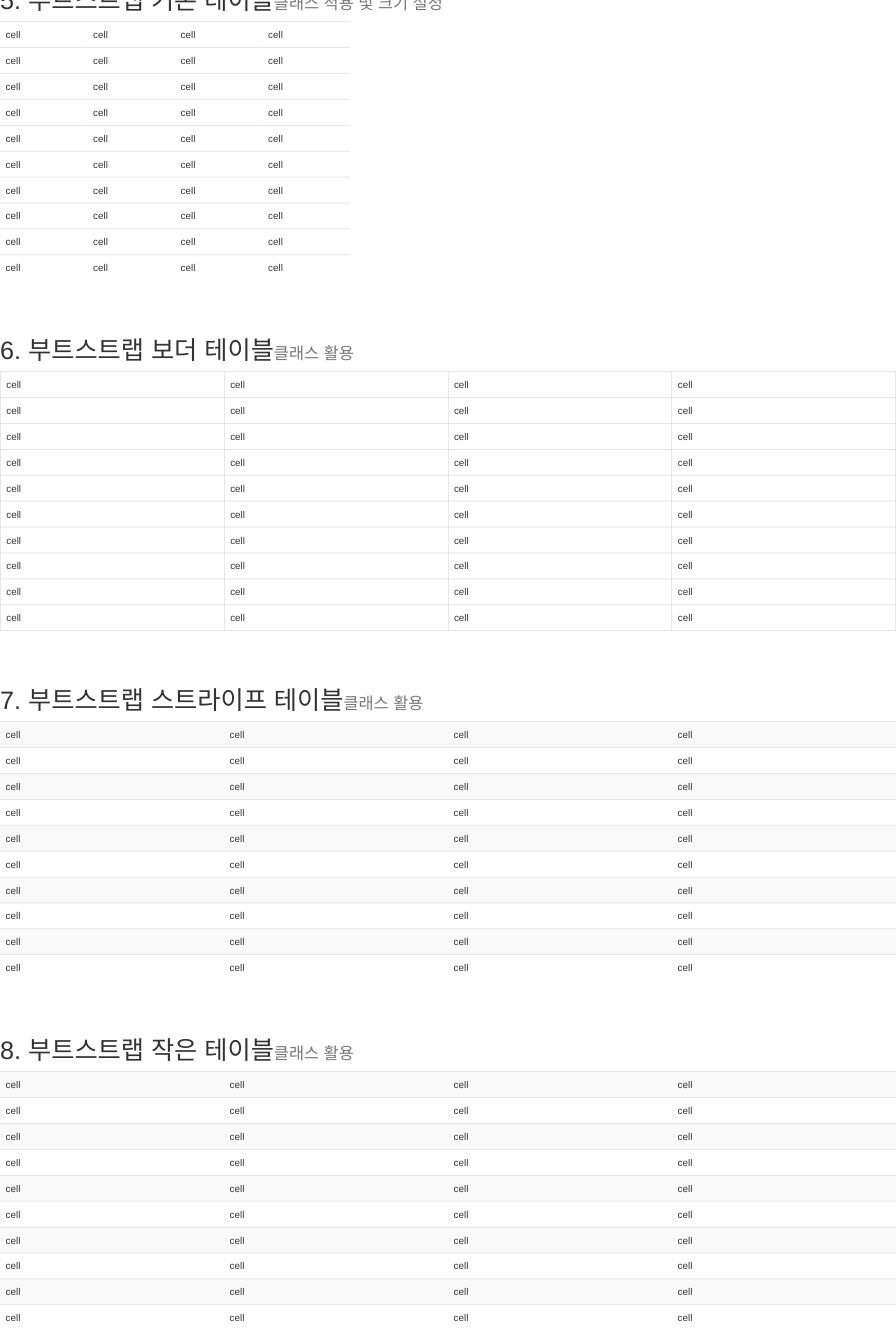
Repository: yhj4130/BootstrapStudy
Page: BootstrapWork/WebContent/BootEx02.html
An editor plug-in stored every save of this project. The page is shown before and after the next save, followed by the edit.
The browser window is 1280 px wide. The pictures show the part of the page from y = 1479 to 3399 px (the page is 3399 px tall before and 3339 px after), at 70% of full size.

Above is the page before, as saved 2019-06-12 02:01:51.

### BootstrapWork/WebContent/BootEx02.html
<!DOCTYPE html>
<html>
<head>
<meta charset="UTF-8">
<title>BootEx02.html</title>

<link rel="stylesheet" href="css/bootstrap.css">
<script type="text/javascript" src="js/jquery-3.4.1.min.js"></script>
<script type="text/javascript" src="js/bootstrap.min.js"></script>

<style type="text/css">
	/* 테이블 기본 서식 */
	#table
	{
		width: 500px;
		border: 1px solid black;
		border-collapse: collapse;
	}

	#table td
	{
		border: 1px solid black;
	}
</style>

</head>
<body>

<h1>1. 기본 테이블<small>기본</small></h1>

<!-- table>(tr>td{cell*4)*10 -->
<table>
	<tr>
		<td>cell</td>
		<td>cell</td>
		<td>cell</td>
		<td>cell</td>
	</tr>
	<tr>
		<td>cell</td>
		<td>cell</td>
		<td>cell</td>
		<td>cell</td>
	</tr>
	<tr>
		<td>cell</td>
		<td>cell</td>
		<td>cell</td>
		<td>cell</td>
	</tr>
	<tr>
		<td>cell</td>
		<td>cell</td>
		<td>cell</td>
		<td>cell</td>
	</tr>
	<tr>
		<td>cell</td>
		<td>cell</td>
		<td>cell</td>
		<td>cell</td>
	</tr>
	<tr>
		<td>cell</td>
		<td>cell</td>
		<td>cell</td>
		<td>cell</td>
	</tr>
	<tr>
		<td>cell</td>
		<td>cell</td>
		<td>cell</td>
		<td>cell</td>
	</tr>
	<tr>
		<td>cell</td>
		<td>cell</td>
		<td>cell</td>
		<td>cell</td>
	</tr>
	<tr>
		<td>cell</td>
		<td>cell</td>
		<td>cell</td>
		<td>cell</td>
	</tr>
	<tr>
		<td>cell</td>
		<td>cell</td>
		<td>cell</td>
		<td>cell</td>
	</tr>
</table>

<br><br>

<h1>2. 기본 테이블<small>기본</small></h1>

<table id="table">
	<tr>
		<td>cell</td>
		<td>cell</td>
		<td>cell</td>
		<td>cell</td>
	</tr>
	<tr>
		<td>cell</td>
		<td>cell</td>
		<td>cell</td>
		<td>cell</td>
	</tr>
	<tr>
		<td>cell</td>
		<td>cell</td>
		<td>cell</td>
		<td>cell</td>
	</tr>
	<tr>
		<td>cell</td>
		<td>cell</td>
		<td>cell</td>
		<td>cell</td>
	</tr>
	<tr>
		<td>cell</td>
		<td>cell</td>
		<td>cell</td>
		<td>cell</td>
	</tr>
	<tr>
		<td>cell</td>
		<td>cell</td>
		<td>cell</td>
		<td>cell</td>
	</tr>
	<tr>
		<td>cell</td>
		<td>cell</td>
		<td>cell</td>
		<td>cell</td>
	</tr>
	<tr>
		<td>cell</td>
		<td>cell</td>
		<td>cell</td>
		<td>cell</td>
	</tr>
	<tr>
		<td>cell</td>
		<td>cell</td>
		<td>cell</td>
		<td>cell</td>
	</tr>
	<tr>
		<td>cell</td>
		<td>cell</td>
		<td>cell</td>
		<td>cell</td>
	</tr>
</table>

<br><br>

<h1>3. 부트스트랩 기본 테이블<small>기본</small></h1>

<table>
	<tr>
		<td>cell</td>
		<td>cell</td>
		<td>cell</td>
		<td>cell</td>
	</tr>
	<tr>
		<td>cell</td>
		<td>cell</td>
		<td>cell</td>
		<td>cell</td>
	</tr>
	<tr>
		<td>cell</td>
		<td>cell</td>
		<td>cell</td>
		<td>cell</td>
	</tr>
	<tr>
		<td>cell</td>
		<td>cell</td>
		<td>cell</td>
		<td>cell</td>
	</tr>
	<tr>
		<td>cell</td>
		<td>cell</td>
		<td>cell</td>
		<td>cell</td>
	</tr>
	<tr>
		<td>cell</td>
		<td>cell</td>
		<td>cell</td>
		<td>cell</td>
	</tr>
	<tr>
		<td>cell</td>
		<td>cell</td>
		<td>cell</td>
		<td>cell</td>
	</tr>
	<tr>
		<td>cell</td>
		<td>cell</td>
		<td>cell</td>
		<td>cell</td>
	</tr>
	<tr>
		<td>cell</td>
		<td>cell</td>
		<td>cell</td>
		<td>cell</td>
	</tr>
	<tr>
		<td>cell</td>
		<td>cell</td>
		<td>cell</td>
		<td>cell</td>
	</tr>
</table>

<br><br>

<h1>4. 부트스트랩 기본 테이블<small>기본</small></h1>

<table class="table">
	<tr>
		<td>cell</td>
		<td>cell</td>
		<td>cell</td>
		<td>cell</td>
	</tr>
	<tr>
		<td>cell</td>
		<td>cell</td>
		<td>cell</td>
		<td>cell</td>
	</tr>
	<tr>
		<td>cell</td>
		<td>cell</td>
		<td>cell</td>
		<td>cell</td>
	</tr>
	<tr>
		<td>cell</td>
		<td>cell</td>
		<td>cell</td>
		<td>cell</td>
	</tr>
	<tr>
		<td>cell</td>
		<td>cell</td>
		<td>cell</td>
		<td>cell</td>
	</tr>
	<tr>
		<td>cell</td>
		<td>cell</td>
		<td>cell</td>
		<td>cell</td>
	</tr>
	<tr>
		<td>cell</td>
		<td>cell</td>
		<td>cell</td>
		<td>cell</td>
	</tr>
	<tr>
		<td>cell</td>
		<td>cell</td>
		<td>cell</td>
		<td>cell</td>
	</tr>
	<tr>
		<td>cell</td>
		<td>cell</td>
		<td>cell</td>
		<td>cell</td>
	</tr>
	<tr>
		<td>cell</td>
		<td>cell</td>
		<td>cell</td>
		<td>cell</td>
	</tr>
</table>

<br><br>

<h1>5. 부트스트랩 기본 테이블<small>클래스 적용 및 크기 설정</small></h1>

<table class="table" style="width: 500px;">
	<tr>
		<td>cell</td>
		<td>cell</td>
		<td>cell</td>
		<td>cell</td>
	</tr>
	<tr>
		<td>cell</td>
		<td>cell</td>
		<td>cell</td>
		<td>cell</td>
	</tr>
	<tr>
		<td>cell</td>
		<td>cell</td>
		<td>cell</td>
		<td>cell</td>
	</tr>
	<tr>
		<td>cell</td>
		<td>cell</td>
		<td>cell</td>
		<td>cell</td>
	</tr>
	<tr>
		<td>cell</td>
		<td>cell</td>
		<td>cell</td>
		<td>cell</td>
	</tr>
	<tr>
		<td>cell</td>
		<td>cell</td>
		<td>cell</td>
		<td>cell</td>
	</tr>
	<tr>
		<td>cell</td>
		<td>cell</td>
		<td>cell</td>
		<td>cell</td>
	</tr>
	<tr>
		<td>cell</td>
		<td>cell</td>
		<td>cell</td>
		<td>cell</td>
	</tr>
	<tr>
		<td>cell</td>
		<td>cell</td>
		<td>cell</td>
		<td>cell</td>
	</tr>
	<tr>
		<td>cell</td>
		<td>cell</td>
		<td>cell</td>
		<td>cell</td>
	</tr>
</table>

<br><br>

<h1>6. 부트스트랩 보더 테이블<small>클래스 활용</small></h1>

<table class="table table-bordered">
	<tr>
		<td>cell</td>
		<td>cell</td>
		<td>cell</td>
		<td>cell</td>
	</tr>
	<tr>
		<td>cell</td>
		<td>cell</td>
		<td>cell</td>
		<td>cell</td>
	</tr>
	<tr>
		<td>cell</td>
		<td>cell</td>
		<td>cell</td>
		<td>cell</td>
	</tr>
	<tr>
		<td>cell</td>
		<td>cell</td>
		<td>cell</td>
		<td>cell</td>
	</tr>
	<tr>
		<td>cell</td>
		<td>cell</td>
		<td>cell</td>
		<td>cell</td>
	</tr>
	<tr>
		<td>cell</td>
		<td>cell</td>
		<td>cell</td>
		<td>cell</td>
	</tr>
	<tr>
		<td>cell</td>
		<td>cell</td>
		<td>cell</td>
		<td>cell</td>
	</tr>
	<tr>
		<td>cell</td>
		<td>cell</td>
		<td>cell</td>
		<td>cell</td>
	</tr>
	<tr>
		<td>cell</td>
		<td>cell</td>
		<td>cell</td>
		<td>cell</td>
	</tr>
	<tr>
		<td>cell</td>
		<td>cell</td>
		<td>cell</td>
		<td>cell</td>
	</tr>
</table>

<br><br>

<h1>7. 부트스트랩 스트라이프 테이블<small>클래스 활용</small></h1>

<table class="table table-striped">
	<tr>
		<td>cell</td>
		<td>cell</td>
		<td>cell</td>
		<td>cell</td>
	</tr>
	<tr>
		<td>cell</td>
		<td>cell</td>
		<td>cell</td>
		<td>cell</td>
	</tr>
	<tr>
		<td>cell</td>
		<td>cell</td>
		<td>cell</td>
		<td>cell</td>
	</tr>
	<tr>
		<td>cell</td>
		<td>cell</td>
		<td>cell</td>
		<td>cell</td>
	</tr>
	<tr>
		<td>cell</td>
		<td>cell</td>
		<td>cell</td>
		<td>cell</td>
	</tr>
	<tr>
		<td>cell</td>
		<td>cell</td>
		<td>cell</td>
		<td>cell</td>
	</tr>
	<tr>
		<td>cell</td>
		<td>cell</td>
		<td>cell</td>
		<td>cell</td>
	</tr>
	<tr>
		<td>cell</td>
		<td>cell</td>
		<td>cell</td>
		<td>cell</td>
	</tr>
	<tr>
		<td>cell</td>
		<td>cell</td>
		<td>cell</td>
		<td>cell</td>
	</tr>
	<tr>
		<td>cell</td>
		<td>cell</td>
		<td>cell</td>
		<td>cell</td>
	</tr>
</table>

<br><br>

<h1>8. 부트스트랩 작은 테이블<small>클래스 활용</small></h1>

<table class="table table-striped">
	<tr>
		<td>cell</td>
		<td>cell</td>
		<td>cell</td>
		<td>cell</td>
	</tr>
	<tr>
		<td>cell</td>
		<td>cell</td>
		<td>cell</td>
		<td>cell</td>
	</tr>
	<tr>
		<td>cell</td>
		<td>cell</td>
		<td>cell</td>
		<td>cell</td>
	</tr>
	<tr>
		<td>cell</td>
		<td>cell</td>
		<td>cell</td>
		<td>cell</td>
	</tr>
	<tr>
		<td>cell</td>
		<td>cell</td>
		<td>cell</td>
		<td>cell</td>
	</tr>
	<tr>
		<td>cell</td>
		<td>cell</td>
		<td>cell</td>
		<td>cell</td>
	</tr>
	<tr>
		<td>cell</td>
		<td>cell</td>
		<td>cell</td>
		<td>cell</td>
	</tr>
	<tr>
		<td>cell</td>
		<td>cell</td>
		<td>cell</td>
		<td>cell</td>
	</tr>
	<tr>
		<td>cell</td>
		<td>cell</td>
		<td>cell</td>
		<td>cell</td>
	</tr>
	<tr>
		<td>cell</td>
		<td>cell</td>
		<td>cell</td>
		<td>cell</td>
	</tr>
</table>




</body>
</html>

Loaded but not shown: BootstrapWork/WebContent/css/bootstrap.css (library); BootstrapWork/WebContent/js/jquery-3.4.1.min.js (library); BootstrapWork/WebContent/js/bootstrap.min.js (library)

After the next save:
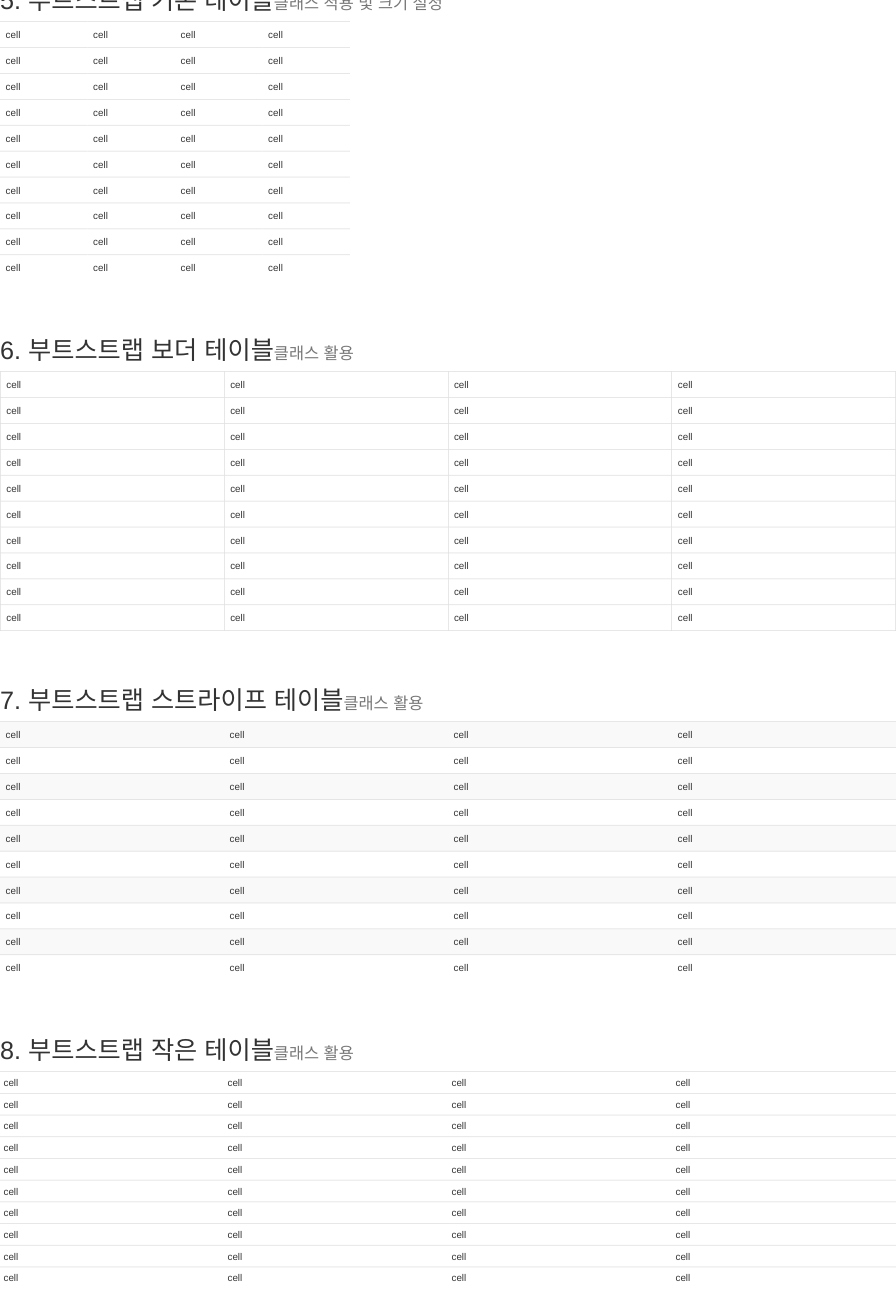
Saved 29 s later.
--- a/BootstrapWork/WebContent/BootEx02.html
+++ b/BootstrapWork/WebContent/BootEx02.html
@@ -498,7 +498,7 @@
 
 <h1>8. 부트스트랩 작은 테이블<small>클래스 활용</small></h1>
 
-<table class="table table-striped">
+<table class="table table-condensed">
 	<tr>
 		<td>cell</td>
 		<td>cell</td>
